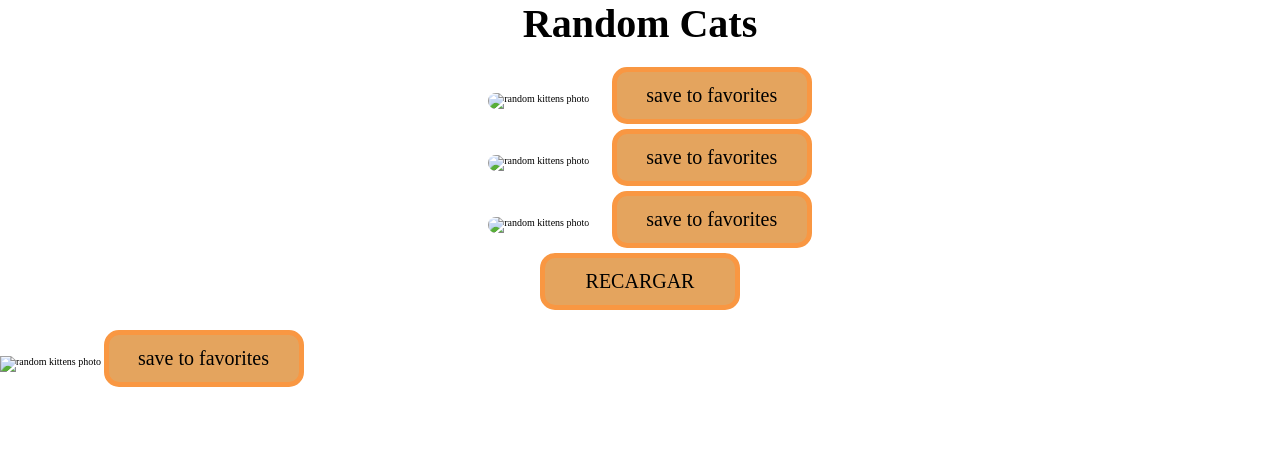
Repository: elto82/ConsumoAPIRESTjs
Page: index.html
These files come from the project's save history. The page is drawn as it stood at one moment and after the next save; the edit follows.
The browser window is 1280 px wide. The pictures show the whole page.
The page's requests for data from a server got no answer.

Above is the page before, as saved 2022-07-02 19:51:45.

After the next save:
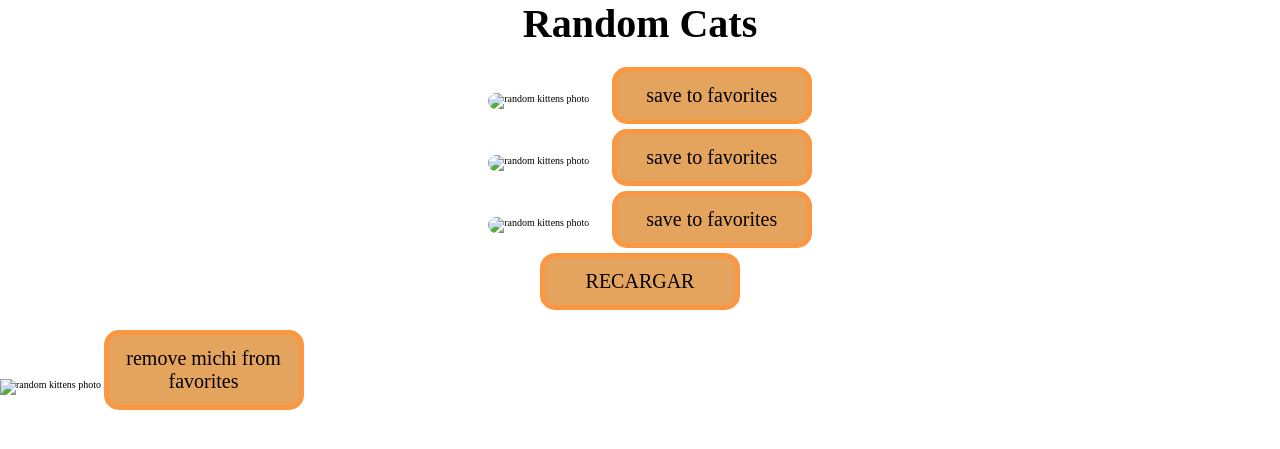
Saved 40 s later.
--- a/index.html
+++ b/index.html
@@ -31,7 +31,7 @@
   <section id="favoritesMichis">
     <article>
       <img id="img3" alt="random kittens photo" class="image">
-      <button class="random-cat-button" onclick="reload()">save to favorites</button>
+      <button class="random-cat-button" onclick="reload()">remove michi from favorites</button>
     </article>
   </section>
   <script src="./main.js"></script>
